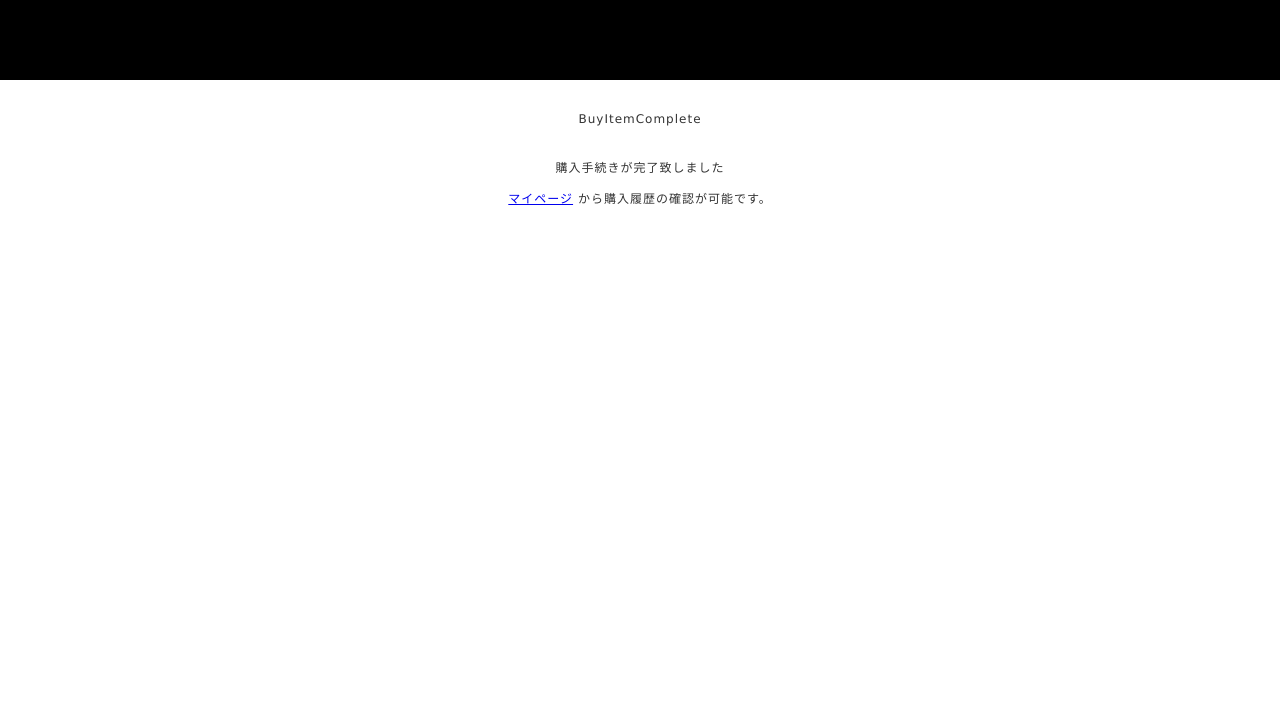
Repository: naoshima1109/test
Page: http://localhost/template/buyItemComplete.jsp
These files come from the project's save history. The page is drawn as it stood at one moment and after the next save; the edit follows.
The browser window is 1280 px wide. The pictures show the whole page.
The page is served by Tomcat 9. Other server files are loaded and not shown.

Above is the page before, as saved 2019-05-24 04:08:36.

### template/WebContent/buyItemComplete.jsp
<%@ page language="java" contentType="text/html; charset=UTF-8"
    pageEncoding="UTF-8"%>
<%@ taglib prefix="s" uri="/struts-tags" %>
<!DOCTYPE html>
<html>
<head>
	<meta http-equiv="Content-Type" content="text/html; charset=utf-8"/>
	<meta http-equiv="Content-Style-Type" content="text/css"/>
	<meta http-equiv="Content-Script-Type" content="text/javascript"/>
	<meta http-equiv="imagetoolbar" content="no"/>
	<meta http-equiv="description" content=""/>
	<meta http-equiv="keywords" content=""/>
<title>buyItemComplete画面</title>


	<style type="text/css">
	/*========TAG OUT========*/
	body{
	margin:0;
	padding:0;
	line-height:1.6;
	letter-spacing:1px;
	font-family:Verdana,Helvetica,sans-serif;
	font-size:12px;
	color:#333;
	background:#fff;
	}

	table{
	text-align:center;
	margin:0 auto;
	}

	/*========ID LAYOUT========*/
	#top{
	width:780px;
	margin:30px auto;
	boeder:1px solid #333;
	}

	#header{
	width:100%;
	height:80px;
	background-color: black;
	}

	#main{
	width:100%;
	height:500px;
	text-align:center;
	}
	#footer{
	width:100%;
	height:80px;
	background-color:black;
	clear:both;
	}
</style>

</head>
<body>
	<div id="header">
		<div id="pr">
		</div>
	</div>
	<div id="main">
		<div id="top">
			<p>BuyItemComplete</p>
		</div>
		<div>
			<p>購入手続きが完了致しました</p>
			<div>
				<a href='<s:url action="MyPageAction"/>'>マイページ</a>
				<span>から購入履歴の確認が可能です。</span>
			</div>
		</div>
	</div>

		</body>
</html>

After the next save:
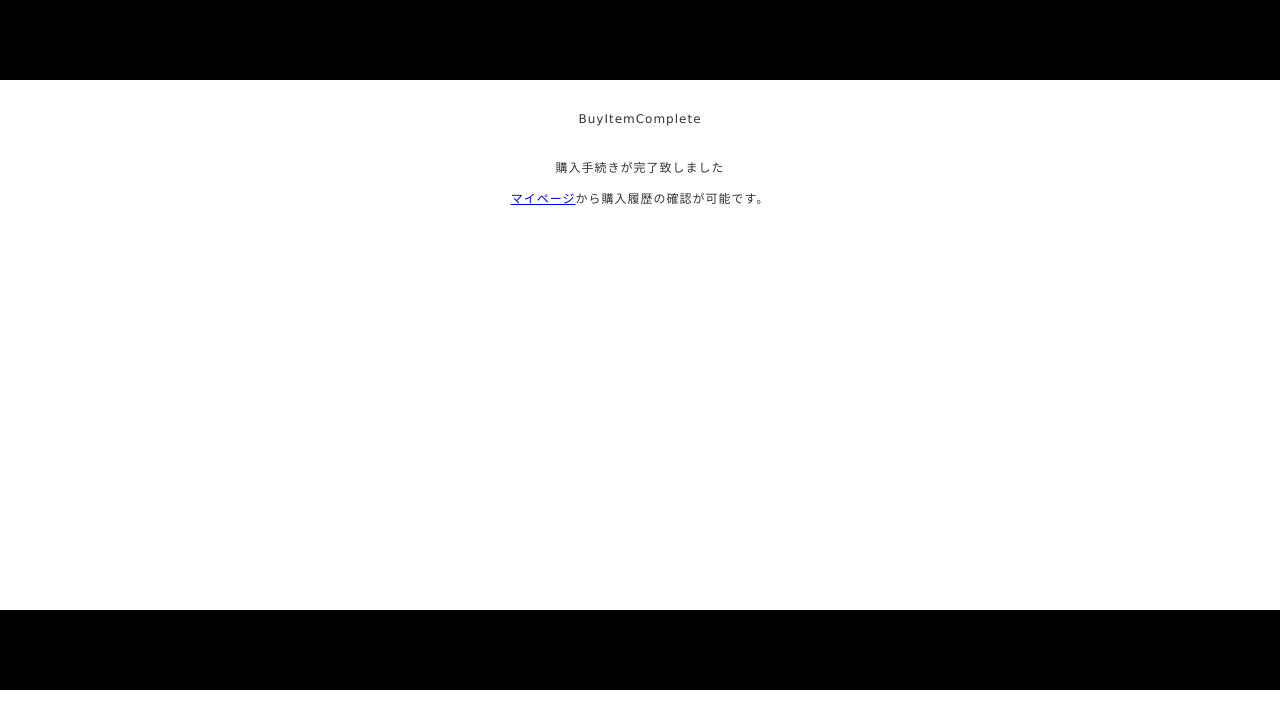
Saved 5 min 54 s later.
--- a/template/WebContent/buyItemComplete.jsp
+++ b/template/WebContent/buyItemComplete.jsp
@@ -59,10 +59,12 @@
 
 </head>
 <body>
+
 	<div id="header">
 		<div id="pr">
 		</div>
 	</div>
+
 	<div id="main">
 		<div id="top">
 			<p>BuyItemComplete</p>
@@ -70,11 +72,14 @@
 		<div>
 			<p>購入手続きが完了致しました</p>
 			<div>
-				<a href='<s:url action="MyPageAction"/>'>マイページ</a>
-				<span>から購入履歴の確認が可能です。</span>
+				<a href='<s:url action="MyPageAction"/>'>マイページ</a><span>から購入履歴の確認が可能です。</span>
 			</div>
 		</div>
 	</div>
 
-		</body>
+	<div id="footer">
+		<div id="pr">
+		</div>
+	</div>
+</body>
 </html>
